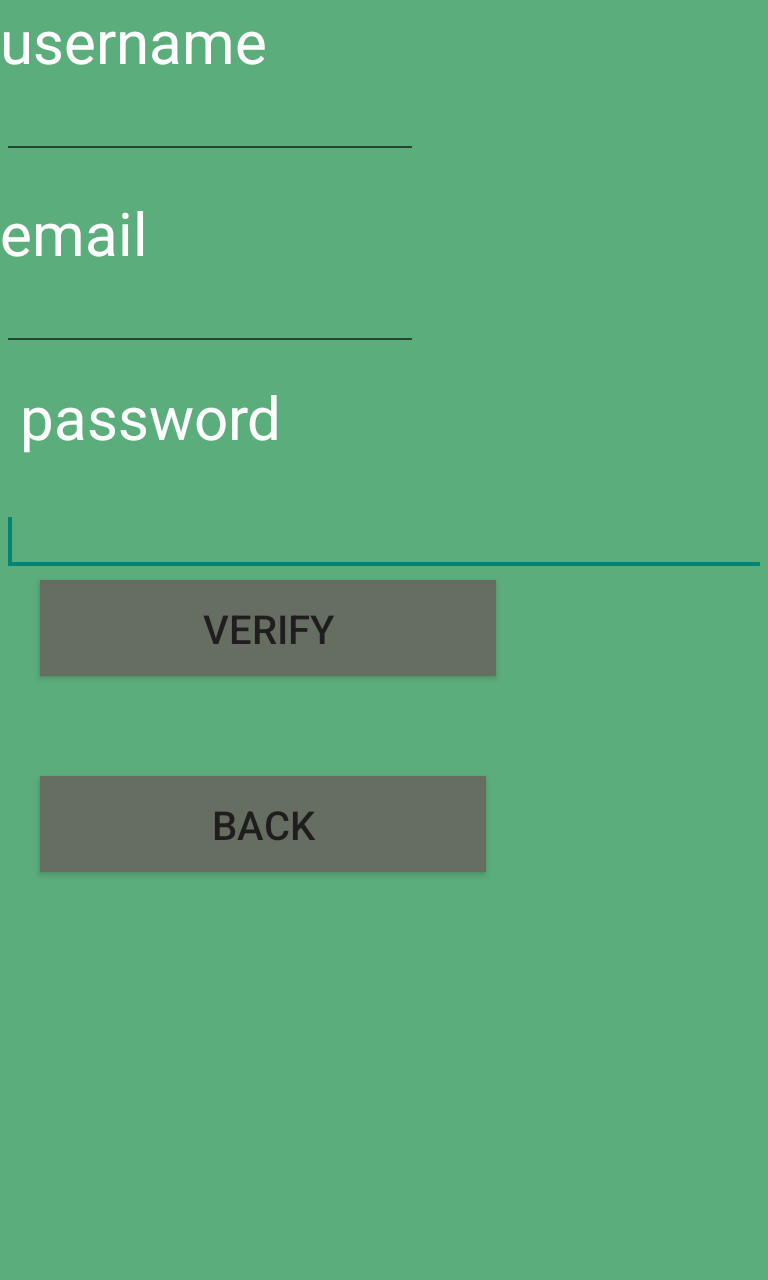
Repository: janemuthoni/icon
Layout: Exam/res/layout/login.xml
An editor plug-in stored every save of this project. The layout is shown before and after the next save, followed by the edit.
It is drawn on a 768 x 1280 px phone screen (xhdpi) without system bars, with theme AppTheme; the app's code is not run.

Above is the layout before, as saved 2014-08-07 09:19:19.

### Exam/res/layout/login.xml
<?xml version="1.0" encoding="utf-8"?>
<LinearLayout xmlns:android="http://schemas.android.com/apk/res/android"
    android:layout_width="match_parent"
    android:layout_height="match_parent"
    android:orientation="vertical"
    android:background="@color/cyan">
     <TextView
           android:id="@+id/tvusername"
           android:layout_width="wrap_content"
           android:layout_height="wrap_content"
           android:text="@string/Username"
           android:textSize="30sp"
           android:textColor="@color/white" />

       <EditText
           android:id="@+id/etusername"
           android:layout_width="wrap_content"
           android:layout_height="wrap_content"
           android:ems="10"
           android:inputType="textPersonName" />

       <TextView
           android:id="@+id/tvemail"
           android:text="@string/email"
           android:textColor="@color/white"
           android:layout_width="wrap_content"
           android:layout_height="wrap_content"
           android:layout_marginTop="14dp"
           android:textSize="30sp" />

       <EditText
           android:id="@+id/etemail"
           android:layout_width="wrap_content"
           android:layout_height="wrap_content"
           android:ems="10"
           android:inputType="textEmailAddress" />

   <TextView
     android:id="@+id/tvpassword"
     android:layout_width="wrap_content"
     android:layout_height="wrap_content"
     android:text="@string/password"
     android:textSize="30sp"
     android:textColor="@color/white"
     android:layout_margin="10dp"/>

   <EditText
       android:id="@+id/editText2"
       android:layout_width="match_parent"
       android:layout_height="wrap_content"
       android:layout_marginTop="10dp"
       android:ems="10"
       android:inputType="textPassword" >

       <requestFocus />
   </EditText>

      <Button
          android:id="@+id/buttonverify"
          android:text="@string/buttonverify"
          android:layout_width="228dp"
          android:layout_height="wrap_content"
          android:layout_marginLeft="20dp"
          android:background="@color/darkgrey"
          android:textColor="@color/black"
          android:textSize="20sp" />

      <Button
          android:id="@+id/buttonback"
          android:layout_width="223dp"
          android:layout_height="wrap_content"
          android:layout_marginLeft="20dp"
          android:layout_marginTop="50dp"
          android:background="@color/darkgrey"
          android:text="@string/buttonback"
          android:textColor="@color/black"
          android:textSize="20sp" />

</LinearLayout>

### Exam/res/values/color.xml
<?xml version="1.0" encoding="utf-8"?>
<resources>
     <color name="grey">#A49F99</color>
      <color name="blue">#170674</color>
      <color name="green">#C81B1B</color>
      <color name="lightgreen">#7FDC33</color>
      <color name="darkgrey">#666D61</color>
      <color name="white">#FFFFFF</color>
      <color name="black">#1F1D1D</color>
      <color name="pink">#E1FBA2F7</color>
      <color name="lightgrey">#EBE0E3</color>
      <color name="cyan">#5CAD7C</color>
      <color name="greengrass">#08893C</color>
      <color name="yellow">#FDFF4F</color>
      <color name="violet">#7D0E2F</color>


</resources>

### Exam/res/values/strings.xml
<?xml version="1.0" encoding="utf-8"?>
<resources>

    <string name="app_name">Exam</string>
    <string name="hello_world">Hello world!</string>
    <string name="action_settings">Settings</string>
    <string name="firstname">firstname</string>
    <string name="email">email</string>
    <string name="password">password</string>
    <string name="Username">username</string>
    <string name="buttonregister">Register</string>
    <string name="buttonLogin">Login</string>
    <string name="buttonback">back</string>
    <string name="buttonverify">Verify</string>
    <string name="btndisplay">display</string>
    <string name="title_activity_register">RegisterActivity</string>
    <string name="title_activity_main">MainActivity</string>
    <string name="title_activity_welcome">WelcomeActivity</string>

</resources>

Loaded but not shown: Exam/res/values/styles.xml (common file); Exam/res/values-v11/styles.xml (common file); Exam/res/values-v14/styles.xml (common file)

After the next save:
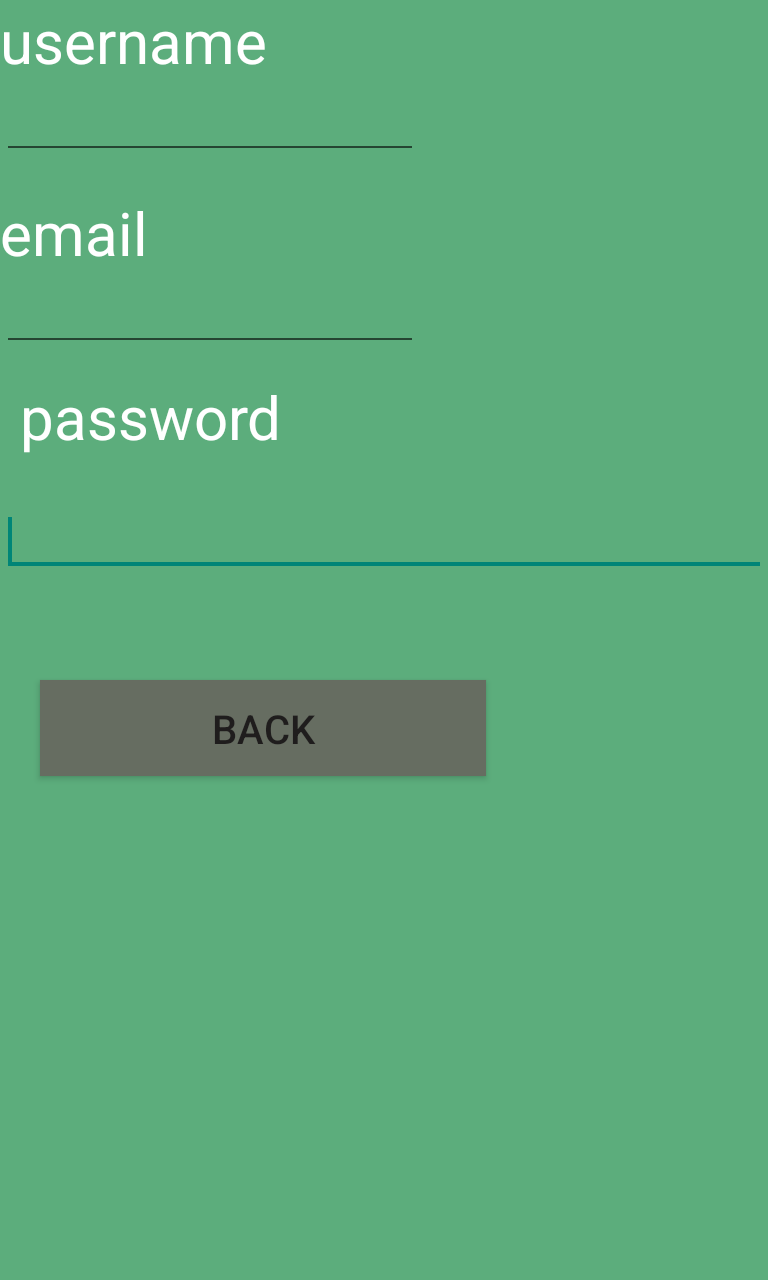
Saved 57 s later.
--- a/Exam/res/layout/login.xml
+++ b/Exam/res/layout/login.xml
@@ -55,15 +55,6 @@
        <requestFocus />
    </EditText>
 
-      <Button
-          android:id="@+id/buttonverify"
-          android:text="@string/buttonverify"
-          android:layout_width="228dp"
-          android:layout_height="wrap_content"
-          android:layout_marginLeft="20dp"
-          android:background="@color/darkgrey"
-          android:textColor="@color/black"
-          android:textSize="20sp" />
 
       <Button
           android:id="@+id/buttonback"
